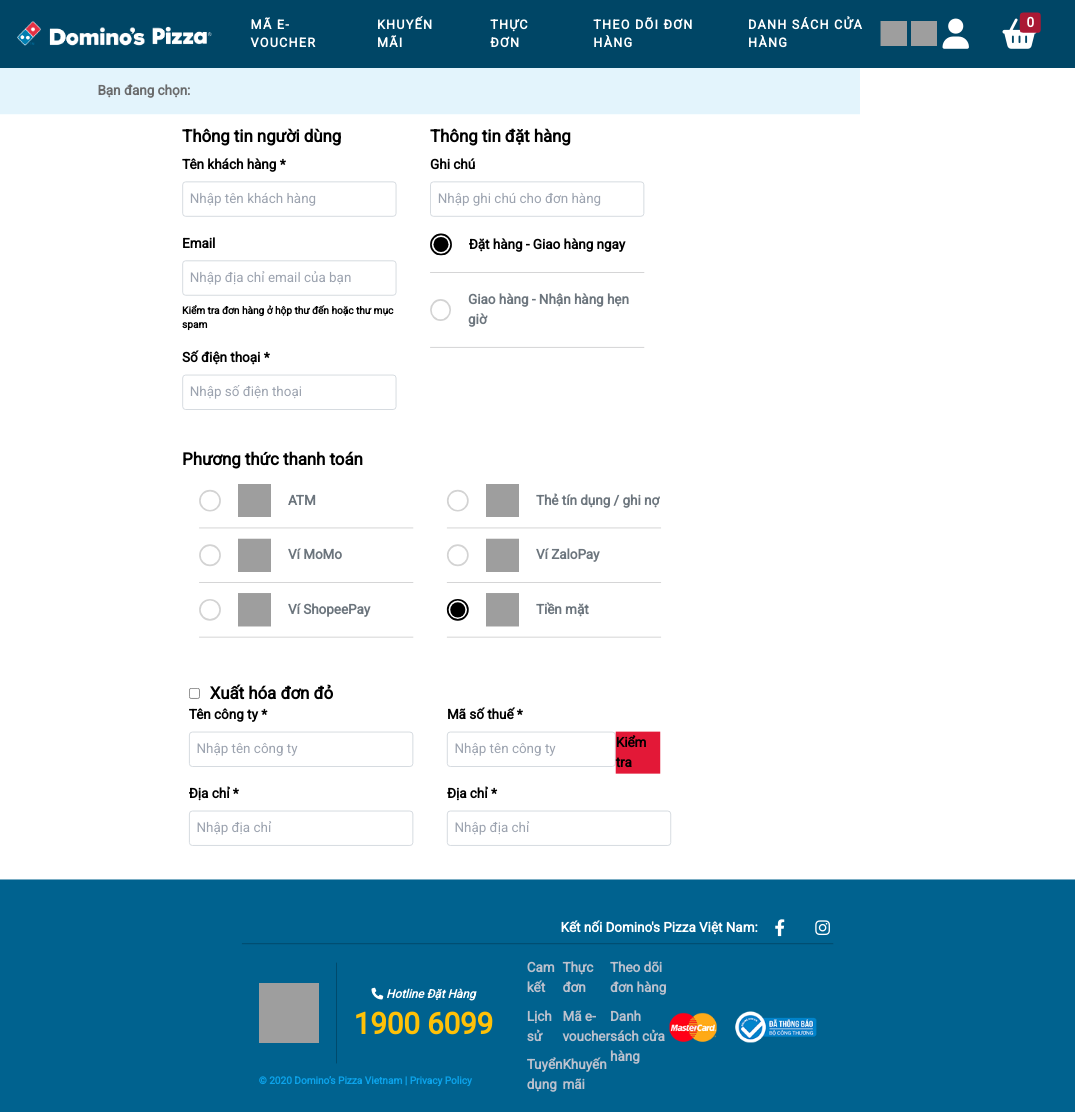
Repository: iphoneboy46/pizza-domino
Page: /thanhtoan
These files come from the project's save history. The page is drawn as it stood at one moment and after the next save; the edit follows.
The browser window is 1280 px wide. The pictures show the whole page, at 84% of full size.
Pictures or frames that could not be fetched are drawn as grey boxes. The page's requests for data from a server got no answer. Some web libraries are served in a nearby version. The project was rebuilt for these pictures with package versions that can differ from the ones it lists, and the page was loaded fresh each time. No one was signed in, and anything a server would have sent is missing. Also part of the build but not shown: src/components/Slides/Slides.css, src/components/Slides/Slides.js, src/components/SearchAddress/SearchAddress.css, src/components/SearchAddress/SearchAddress.js, src/components/page/Order/Order.js, src/components/page/Home/Home.css, src/components/page/Login/Login.css, src/components/page/InputField/InputField.js and 35 more.

Above is the page before, as saved 2023-03-01 14:01:27.

### public/index.html
<!DOCTYPE html>
<html lang="en">
  <head>
    <meta charset="utf-8" />
    <link rel="icon" href="%PUBLIC_URL%/favicon.ico" />
    <meta name="viewport" content="width=device-width, initial-scale=1" />
    <meta name="theme-color" content="#000000" />
    <meta
      name="description"
      content="Web site created using create-react-app"
    />
    <link rel="apple-touch-icon" href="%PUBLIC_URL%/logo192.png" />
    <link rel="stylesheet" href="https://cdnjs.cloudflare.com/ajax/libs/font-awesome/6.1.2/css/all.min.css" integrity="sha512-1sCRPdkRXhBV2PBLUdRb4tMg1w2YPf37qatUFeS7zlBy7jJI8Lf4VHwWfZZfpXtYSLy85pkm9GaYVYMfw5BC1A==" crossorigin="anonymous" referrerpolicy="no-referrer" />
    <!--
      manifest.json provides metadata used when your web app is installed on a
      user's mobile device or desktop. See https://developers.google.com/web/fundamentals/web-app-manifest/
    -->
    <link rel="manifest" href="%PUBLIC_URL%/manifest.json" />
    <!--
      Notice the use of %PUBLIC_URL% in the tags above.
      It will be replaced with the URL of the `public` folder during the build.
      Only files inside the `public` folder can be referenced from the HTML.

      Unlike "/favicon.ico" or "favicon.ico", "%PUBLIC_URL%/favicon.ico" will
      work correctly both with client-side routing and a non-root public URL.
      Learn how to configure a non-root public URL by running `npm run build`.
    -->
    <title>Pizza-Domino</title>
  </head>
  <body>
    <noscript>You need to enable JavaScript to run this app.</noscript>
    <div id="root"></div>
    <!--
      This HTML file is a template.
      If you open it directly in the browser, you will see an empty page.

      You can add webfonts, meta tags, or analytics to this file.
      The build step will place the bundled scripts into the <body> tag.

      To begin the development, run `npm start` or `yarn start`.
      To create a production bundle, use `npm run build` or `yarn build`.
    -->
  </body>
</html>

### src/index.js
import React from 'react';
import ReactDOM from 'react-dom/client';
import './index.css';
import App from './App';
import reportWebVitals from './reportWebVitals';
import Provider from '../src/components/Store/Provider';


const root = ReactDOM.createRoot(document.getElementById('root'));
root.render(
  <React.StrictMode>
    <Provider>
      <App />
    </Provider>
  </React.StrictMode>
);

// If you want to start measuring performance in your app, pass a function
// to log results (for example: reportWebVitals(console.log))
// or send to an analytics endpoint. Learn more: https://bit.ly/CRA-vitals
reportWebVitals();

### src/App.css
@import url('https://fonts.googleapis.com/css2?family=Roboto:wght@300;400&display=swap');

* {
  padding: 0;
  margin: 0;
  box-sizing: border-box;
  font-family: 'Roboto', sans-serif;

}

ul {
  list-style: none;
}

a {
  text-decoration: none;
}

/* width */
::-webkit-scrollbar {
  width: 8px;
  z-index: 1;
}

/* Track */
::-webkit-scrollbar-track {
  background: transparent;
  z-index: 1;
}

/* Handle */
::-webkit-scrollbar-thumb {

  background: #bcc1cb;
  border-radius: 4px;
  z-index: 1;
}



/* Handle on hover */
::-webkit-scrollbar-thumb:hover {
  background: #555;
  z-index: 1;
}

.modal {
  position: fixed;
  top: 0;
  left: 0;
  right: 0;
  bottom: 0;
  z-index: 999;
  width: 100%;
  height: 100vh;
  background-color: rgba(31, 31, 31, 0.595);
}

@media only screen and (max-width: 768px) {
  ::-webkit-scrollbar{
    width: 8px;
    height: 4px;
    z-index: 1;
  }

  ::-webkit-scrollbar-thumb {
    background: #bcc1cb;
    border-radius: 4px;
    z-index: 1;
  }

}

### src/components/Store/Context.js
import {createContext} from 'react';

const Store = createContext();

export default Store;

### src/components/page/ThanhToan/ThanhToan.js
import React, { useContext, useState } from "react";
import Context from "../../Store/Context";
import { FastField, Formik } from "formik";
import * as Yup from "yup";
import InputField2 from "../InputField/InputField2";
import "./ThanhToan.css";
import Select from "react-select";
import { options } from "./Options";

function ThanhToan() {
  const { orderAddress } = useContext(Context);
  const [checked, setChecked] = useState(1);
  const [checkedPay, setCheckedPay] = useState(6);
  const [isChecked, setIsChecked] = useState(false);
  const [checkBox, setCheckBox] = useState(false);

  const initialValues = {
    email: "",
    password: "",
  };

  const validationSchema = Yup.object().shape({
    name: Yup.string().required("Vui lòng nhập tên khách hàng!"),
    phone: Yup.number().required("Vui lòng nhập số điện thoại!"),
  });

  const handleChecked = (id) => {
    setChecked(id);
    if (id === 2) {
      setIsChecked(true);
    } else {
      setIsChecked(false);
    }
  };

  const handleCheckedPay = (id) => {
    setCheckedPay(id);
  };

  const handleCheckBox = (id) => {
    setCheckBox(id);
  };

  return (
    <Formik initialValues={initialValues} validationSchema={validationSchema}>
      <div className="flex justify-between h-[auto] w-[100%]">
        <div className="pt-[80px] w-[80%] overflow-hidden">
          <div className="bg-[#e3f4fc] lg:flex md:flex hidden justify-between items-center">
            <div className="flex items-center  p-4 lg:ml-[100px] md:ml-100px text-[#6a6b6c] font-semibold">
              <h1 className="mr-5">Bạn đang chọn:</h1>
              <h1 className="mr-5 text-[#de1736]">
                {orderAddress.takeAway || orderAddress.deliver}
              </h1>
              <h1>{orderAddress.address}</h1>
            </div>
          </div>
          <div className="w-[60%] m-[auto] flex justify-between items-start p-3">
            <div className="flex-1 mr-10">
              <h1 className="font-bold text-xl mb-2">Thông tin người dùng</h1>
              <label className="font-bold block mb-2" htmlFor="name">
                Tên khách hàng *
              </label>
              <FastField
                name="name"
                component={InputField2}
                placeholder="Nhập tên khách hàng"
                type="text"
              />

              <label className="font-bold block mb-2" htmlFor="email">
                Email
              </label>
              <FastField
                name="email"
                component={InputField2}
                //prop truyen vao input field

                type="email"
                placeholder="Nhập địa chỉ email của bạn"
              />
              <span className="mt-[-10px] block text-xs font-bold mb-5">
                Kiểm tra đơn hàng ở hộp thư đến hoặc thư mục spam
              </span>

              <label className="font-bold block mb-2" htmlFor="email">
                Số điện thoại *
              </label>

              <FastField
                name="phone"
                component={InputField2}
                placeholder="Nhập số điện thoại"
              />
            </div>
            <div className="flex-1 mr-10">
              <h1 className="font-bold text-xl mb-2">Thông tin đặt hàng</h1>
              <label className="font-bold block mb-2" htmlFor="name">
                Ghi chú
              </label>
              <FastField
                name="ghichu"
                component={InputField2}
                placeholder="Nhập ghi chú cho đơn hàng"
                type="text"
              />
              <div>
                <div className="dat-thanh-toan flex items-center mb-5 border-b-[1px] border-[#CDCDCE] pb-5">
                  <input
                    className="input-thanh-toan"
                    id="dathang"
                    type="radio"
                    value="Đặt hàng - Giao hàng ngay"
                    checked={checked === 1}
                    onChange={() => {
                      handleChecked(1);
                    }}
                  />

                  <label for="dathang"></label>
                  <p
                    className={
                      checked === 1
                        ? "ml-5 text-[black] font-bold"
                        : "text-[#6c757d] ml-5 font-bold"
                    }
                  >
                    Đặt hàng - Giao hàng ngay
                  </p>
                </div>
                <div className="dat-thanh-toan flex items-center w-[100%] my-5 border-b-[1px] border-[#CDCDCE] pb-5">
                  <input
                    className="input-thanh-toan"
                    id="giaohang"
                    type="radio"
                    value="Giao hàng - Nhận hàng hẹn giờ"
                    checked={checked === 2}
                    onChange={() => {
                      handleChecked(2);
                    }}
                  />

                  <label for="giaohang"></label>
                  <p
                    className={
                      checked === 2
                        ? "ml-5 text-[black] font-bold"
                        : "text-[#6c757d] ml-5 font-bold"
                    }
                  >
                    Giao hàng - Nhận hàng hẹn giờ
                  </p>
                </div>
                {isChecked && (
                  <div className="w-[100%]">
                    <Select
                      placeholder="Chọn giờ nhận hàng"
                      options={options}
                    />
                  </div>
                )}
              </div>
            </div>
          </div>
          <div className="w-[60%] m-[auto] p-3">
            <h1 className="font-bold text-xl mb-2">Phương thức thanh toán</h1>
            <div className="w-[100%] flex justify-between items-center px-5 py-2">
              <div className="w-[100%] mr-5">
                <div className="dat-thanh-toan flex items-center w-[100%] mb-3 border-b-[1px] border-[#CDCDCE] pb-3">
                  <input
                    className="input-thanh-toan"
                    id="atm"
                    type="radio"
                    value="Đặt hàng - Giao hàng ngay"
                    checked={checkedPay === 1}
                    onChange={() => {
                      handleCheckedPay(1);
                    }}
                  />

                  <label for="atm"></label>
                  <p
                    className={
                      checkedPay === 1
                        ? "ml-5 text-[black] font-bold flex items-center"
                        : "text-[#6c757d] ml-5 font-bold flex items-center"
                    }
                  >
                    <img
                      className="w-[40px] h-[40px] mr-5"
                      src="https://img.dominos.vn/icon-payment-method-atm.png"
                      alt=""
                    />{" "}
                    ATM
                  </p>
                </div>
                <div className="dat-thanh-toan flex items-center w-[100%] mb-3 border-b-[1px] border-[#CDCDCE] pb-3">
                  <input
                    className="input-thanh-toan"
                    id="momo"
                    type="radio"
                    value="Đặt hàng - Giao hàng ngay"
                    checked={checkedPay === 2}
                    onChange={() => {
                      handleCheckedPay(2);
                    }}
                  />

                  <label for="momo"></label>
                  <p
                    className={
                      checkedPay === 2
                        ? "ml-5 text-[black] font-bold flex items-center"
                        : "text-[#6c757d] ml-5 font-bold flex items-center"
                    }
                  >
                    <img
                      className="w-[40px] h-[40px] mr-5"
                      src="https://img.dominos.vn/icon-payment-method-mo-mo.png"
                      alt=""
                    />{" "}
                    Ví MoMo
                  </p>
                </div>
                <div className="dat-thanh-toan flex items-center w-[100%] mb-3 border-b-[1px] border-[#CDCDCE] pb-3">
                  <input
                    className="input-thanh-toan"
                    id="shopee"
                    type="radio"
                    value="Đặt hàng - Giao hàng ngay"
                    checked={checkedPay === 3}
                    onChange={() => {
                      handleCheckedPay(3);
                    }}
                  />

                  <label for="shopee"></label>
                  <p
                    className={
                      checkedPay === 3
                        ? "ml-5 text-[black] font-bold flex items-center"
                        : "text-[#6c757d] ml-5 font-bold flex items-center"
                    }
                  >
                    <img
                      className="w-[40px] h-[40px] mr-5"
                      src="https://img.dominos.vn/shoppepay.png"
                      alt=""
                    />{" "}
                    Ví ShopeePay
                  </p>
                </div>
              </div>
              <div className="w-[100%] ml-5">
                <div className="dat-thanh-toan flex items-center w-[100%] mb-3 border-b-[1px] border-[#CDCDCE] pb-3">
                  <input
                    className="input-thanh-toan"
                    id="tindung"
                    type="radio"
                    value="Đặt hàng - Giao hàng ngay"
                    checked={checkedPay === 4}
                    onChange={() => {
                      handleCheckedPay(4);
                    }}
                  />

                  <label for="tindung"></label>
                  <p
                    className={
                      checkedPay === 4
                        ? "ml-5 text-[black] font-bold flex items-center"
                        : "text-[#6c757d] ml-5 font-bold flex items-center"
                    }
                  >
                    <img
                      className="w-[40px] h-[40px] mr-5"
                      src="https://img.dominos.vn/icon-payment-method-credit.png"
                      alt=""
                    />{" "}
                    Thẻ tín dụng / ghi nợ
                  </p>
                </div>
                <div className="dat-thanh-toan flex items-center w-[100%] mb-3 border-b-[1px] border-[#CDCDCE] pb-3">
                  <input
                    className="input-thanh-toan"
                    id="zalo"
                    type="radio"
                    value="Đặt hàng - Giao hàng ngay"
                    checked={checkedPay === 5}
                    onChange={() => {
                      handleCheckedPay(5);
                    }}
                  />

                  <label for="zalo"></label>
                  <p
                    className={
                      checkedPay === 5
                        ? "ml-5 text-[black] font-bold flex items-center"
                        : "text-[#6c757d] ml-5 font-bold flex items-center"
                    }
                  >
                    <img
                      className="w-[40px] h-[40px] mr-5"
                      src="https://img.dominos.vn/icon-payment-method-zalo-pay.png"
                      alt=""
                    />{" "}
                    Ví ZaloPay
                  </p>
                </div>
                <div className="dat-thanh-toan flex items-center w-[100%] mb-3 border-b-[1px] border-[#CDCDCE] pb-3">
                  <input
                    className="input-thanh-toan"
                    id="tienmat"
                    type="radio"
                    value="Đặt hàng - Giao hàng ngay"
                    checked={checkedPay === 6}
                    onChange={() => {
                      handleCheckedPay(6);
                    }}
                  />

                  <label for="tienmat"></label>
                  <p
                    className={
                      checked === 6
                        ? "ml-5 text-[black] font-bold flex items-center"
                        : "text-[#6c757d] ml-5 font-bold flex items-center"
                    }
                  >
                    <img
                      className="w-[40px] h-[40px] mr-5"
                      src="https://img.dominos.vn/cash.png"
                      alt=""
                    />{" "}
                    Tiền mặt
                  </p>
                </div>
              </div>
            </div>
          </div>
          <div className="w-[60%] m-[auto] p-5">
            <div className="flex items-center">
              <input
                onChange={() => {
                  handleCheckBox(!checkBox);
                }}
                type="checkbox"
                checked={checkBox}
              />{" "}
              <h1 className="text-xl font-bold ml-3">Xuất hóa đơn đỏ</h1>
            </div>
            <div className="flex justify-between items-start w-[100%]">
              <div className="w-[100%] mr-5">
                <label className="font-bold block mb-2" htmlFor="nameCompany">
                  Tên công ty *
                </label>
                <FastField
                  name="nameCompany"
                  component={InputField2}
                  placeholder="Nhập tên công ty"
                  type="text"
                />

                <label className="font-bold block mb-2" htmlFor="address">
                  Địa chỉ *
                </label>
                <FastField
                  name="address"
                  component={InputField2}
                  //prop truyen vao input field

                  type="text"
                  placeholder="Nhập địa chỉ"
                />
              </div>
              <div className="w-[100%] ml-5">
                <div className="w-[100%]" >
                  <label className="font-bold block mb-2" htmlFor="nameCompany">
                    Mã số thuế *
                  </label>
                  <div className="flex w-[100%]">
                    <FastField
                      name="nameCompany"
                      component={InputField2}
                      placeholder="Nhập tên công ty"
                      type="text"
                    />
                    <div className="w-[20%] flex justify-center items-center font-bold bg-[#E31837] h-[50px]">Kiểm tra</div>
                  </div>
                </div>

                <label className="font-bold block mb-2" htmlFor="address">
                  Địa chỉ *
                </label>
                <FastField
                  name="address"
                  component={InputField2}
                  //prop truyen vao input field

                  type="text"
                  placeholder="Nhập địa chỉ"
                />
              </div>
            </div>
          </div>
        </div>

        <div className="w-[20%]"></div>
      </div>
    </Formik>
  );
}

export default ThanhToan;

### src/components/page/ThanhToan/ThanhToan.css
.dat-thanh-toan > label{
    width: 26px;
    height: 26px;
    border: 2px solid lightgrey;
    border-radius: 50%;
    display: inline-block;
    position: relative;
}

.dat-thanh-toan > label:after {
    content: "";
    position: absolute;
    width: 18px;
    height: 18px;
    border-radius: 50%;
    top: 50%;
    left: 50%;
    transform: translate(-50%,-50%);
    background-color:black;
    display: none;
}

.dat-thanh-toan > label::before {
    content: "";
    width: 26px;
    height: 26px;
    border: 2px solid black;
    border-radius: 50%;
    display: inline-block;
    position: absolute;
    top: -2px;
    left: -2px;
    display: none;
}


/* .input-dat-hang{
    display: block !important;
} */

.input-thanh-toan:checked ~  label::after {
    display: block;
}



.input-thanh-toan:checked ~  label::before {
    display: block;
}

### src/components/page/SignIn/SignIn.css
.email:focus{
    border-color:#80bdff !important;
    border-style: solid;
    outline: none;
    box-shadow: 0px 0px 12px #80bdff;
}

.pass-word:focus{
    border-color:#80bdff !important;
    border-style: solid;
    outline: none;
    box-shadow: 0px 0px 12px #80bdff;
}

### src/components/page/Order/Order.css
input[type="radio"] {
    display: none;
}

.labelOd:before {
    width: 30px;
    height: 30px;
    border-radius: 50%;
    position: absolute;
    top: -4px;
    left: -35px;
    content: '';
    background: #fff;
    border: 1px solid lightgray;
}

input[type="radio"]:checked ~ .labelOd:after {
    width: 20px;
    height: 20px;
    border-radius: 50%;
    position: absolute;
    top: 1px;
    left: -30px;
    content: '';
    background:black;
}

input[type="radio"]:checked ~ .labelOd::before {
    width: 30px;
    height: 30px;
    border-radius: 50%;
    position: absolute;
    padding: 10px;
    top: -4px;
    left: -35px;
    content: '';
    border: 1px solid black;
}

### src/components/page/OrderEdit/OrderEdit.css
input[type="radio"] {
    display: none;
}

.labelOd:before {
    width: 30px;
    height: 30px;
    border-radius: 50%;
    position: absolute;
    top: -4px;
    left: -35px;
    content: '';
    background: #fff;
    border: 1px solid lightgray;
}

input[type="radio"]:checked ~ .labelOd:after {
    width: 20px;
    height: 20px;
    border-radius: 50%;
    position: absolute;
    top: 1px;
    left: -30px;
    content: '';
    background:black;
}

input[type="radio"]:checked ~ .labelOd::before {
    width: 30px;
    height: 30px;
    border-radius: 50%;
    position: absolute;
    padding: 10px;
    top: -4px;
    left: -35px;
    content: '';
    border: 1px solid black;
}

### tailwind.config.js
/** @type {import('tailwindcss').Config} */
module.exports = {
    content: [
        "./src/**/*.{js,jsx,ts,tsx}",
    ],
    theme: {
        extend: {

        },
        colors:{
            'wh' : 'rgba(255, 255, 255, 0.75)',
            'wh1' : 'rgba(255, 255, 255, 0.1)',
            'white' : '#fff',
            'yellowcustom': '#ffc107',
            'graycustom':'#bcc1cd',
            'shadowColor': 'rgb(0 42 61 / 16%)'
        }
    },
    plugins: [],
}

Loaded but not shown: src/index.css (common file); src/reportWebVitals.js (common file); src/components/Data/Data.js (1146 lines, source omitted); src/components/Header/Header.js (198 lines, source omitted); src/components/Store/Provider.js (185 lines, source omitted); src/components/Footer/Footer.js (105 lines, source omitted); src/components/page/ThanhToan/Options.js (271 lines, source omitted); src/App.js (95 lines, source omitted); src/routes/Routes.js (31 lines, source omitted); src/components/page/InputField/InputField2.js (30 lines, source omitted)

After the next save:
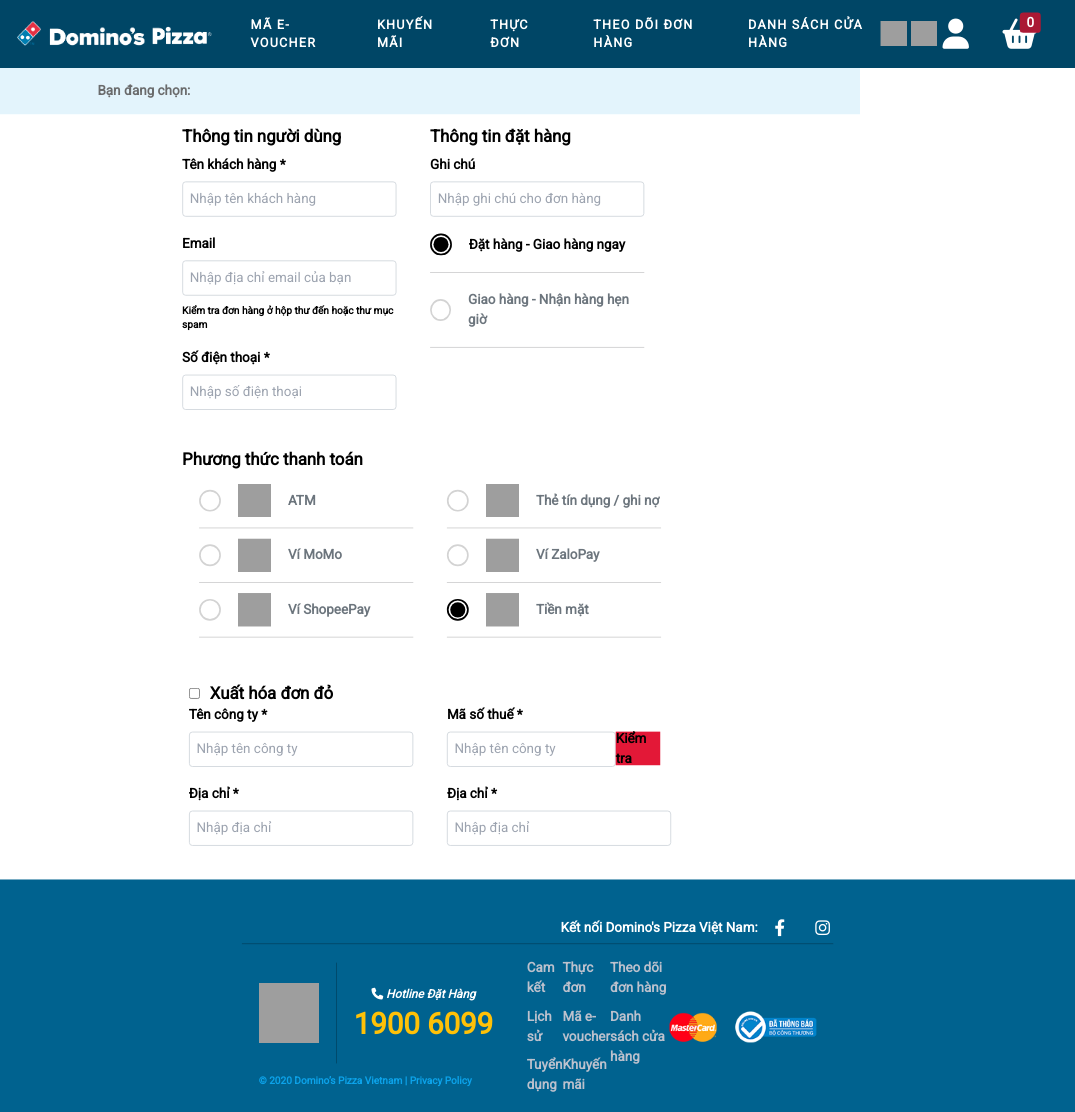
Saved 4 s later.
--- a/src/components/page/ThanhToan/ThanhToan.js
+++ b/src/components/page/ThanhToan/ThanhToan.js
@@ -385,7 +385,7 @@
                       placeholder="Nhập tên công ty"
                       type="text"
                     />
-                    <div className="w-[20%] flex justify-center items-center font-bold bg-[#E31837] h-[50px]">Kiểm tra</div>
+                    <div className="w-[20%] flex justify-center items-center font-bold bg-[#E31837] h-[40px]">Kiểm tra</div>
                   </div>
                 </div>
 
